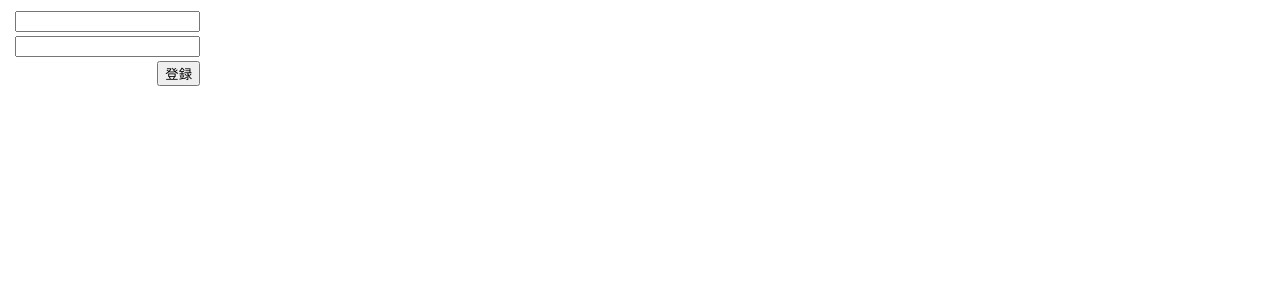
Repository: my720/test
Page: http://localhost/login2/
An editor plug-in stored every save of this project. The page is shown before and after the next save, followed by the edit.
The browser window is 1280 px wide. The pictures show the whole page.
The page is served by Tomcat 9.

Above is the page before, as saved 2019-04-22 04:32:23.

After the next save:
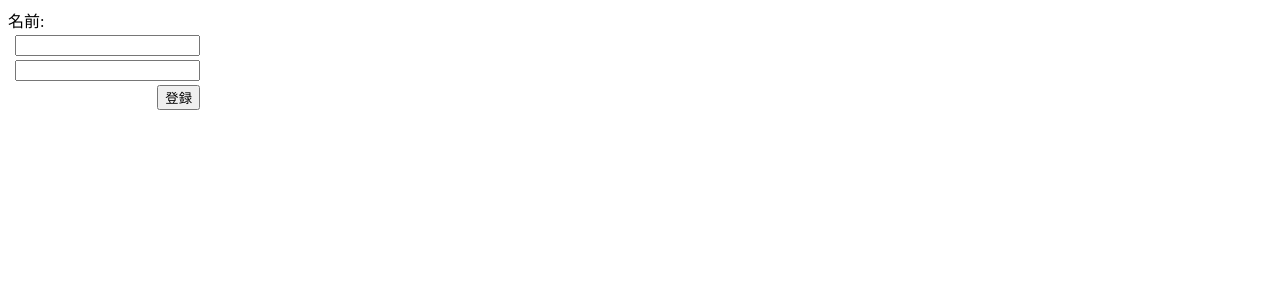
Saved 108 s later.
--- a/Java/login2/WebContent/login.jsp
+++ b/Java/login2/WebContent/login.jsp
@@ -9,7 +9,7 @@
 </head>
 <body>
  <s:form action="LoginAction">
-  <s:textfield name="name"/>
+  名前:<s:textfield name="name"/>
   <s:password name="password"/>
   <s:submit value="登録"/>
  </s:form>
